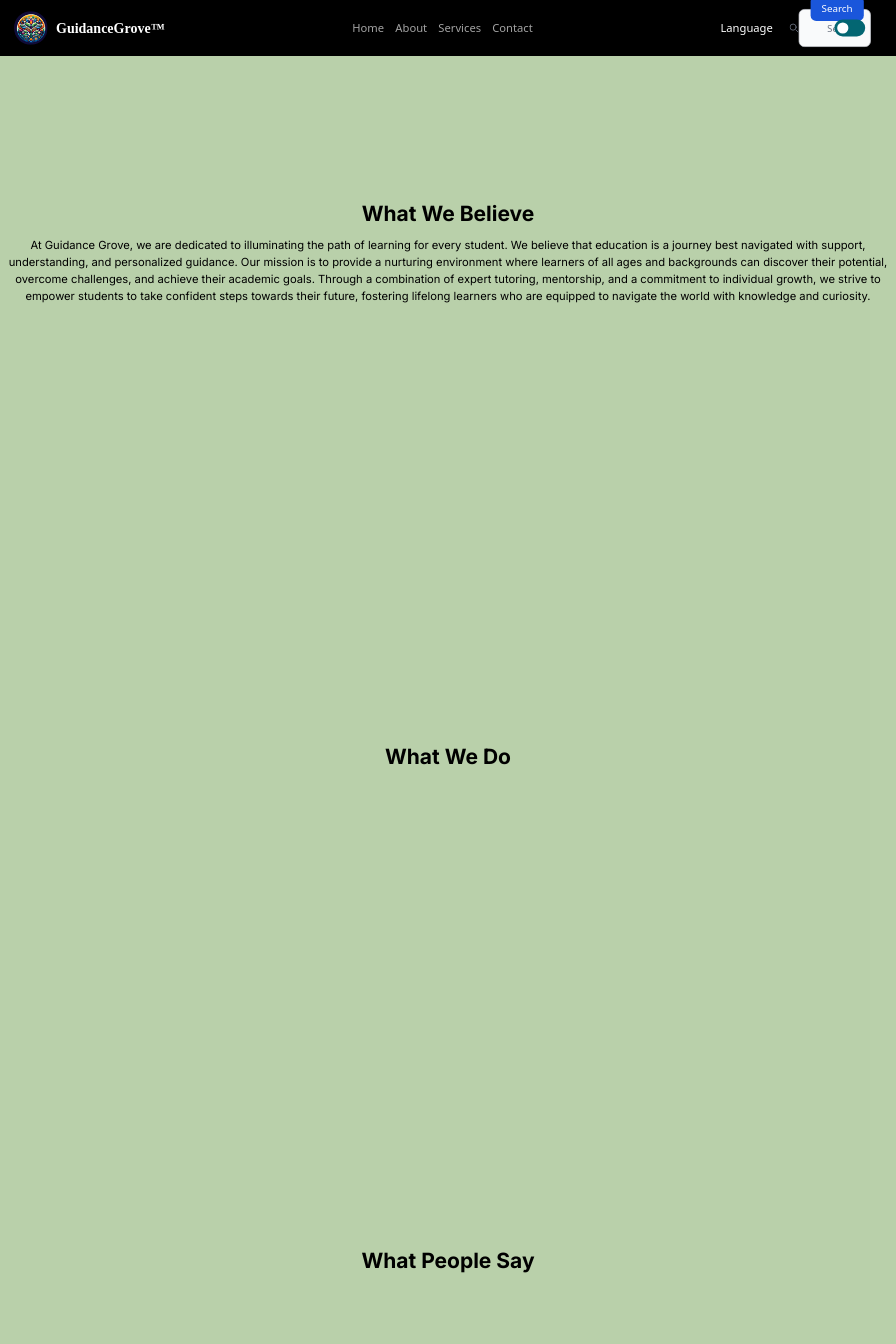
Repository: PositiveGuy/GuidanceGrove
Page: /
The author's editor kept a copy of each file at every save. The page is drawn from the files as they stood at one save, then again after the next save.
The browser window is 1280 px wide. The pictures show the part of the page from y = 0 to 1920 px (the page is 3874 px tall), at 70% of full size.
The project was rebuilt for these pictures with package versions that can differ from the ones it lists, and the page was loaded fresh each time. The framework's server and built-in components were replaced by stand-ins that run in the browser. Also part of the build but not shown: next.config.js.

Above is the page before, as saved 2023-12-28 14:27:14.

After the next save:
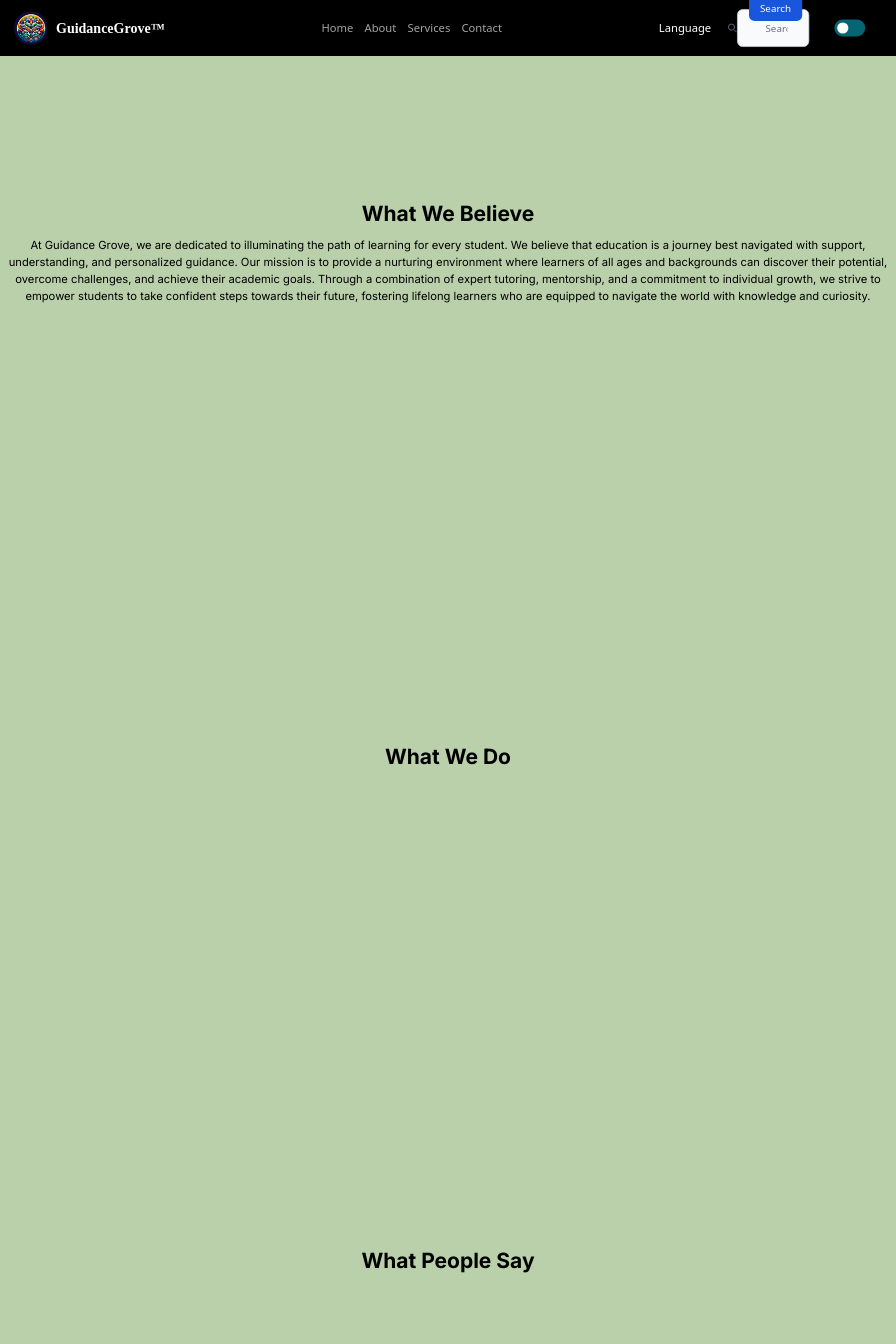
Saved 59 s later.
--- a/src/components/SearchBar.tsx
+++ b/src/components/SearchBar.tsx
@@ -1,27 +1,27 @@
 export default function SearchBar() {
     return (
-        <div className="w-10">
 
-            <form>
-                <label htmlFor="default-search" className="mb-2 text-sm font-medium text-gray-900 sr-only dark:text-white">Search</label>
-                <div className="relative w-32">
-                    <div className="absolute inset-y-0 start-0 flex items-center ps-3 pointer-events-none">
-                        <svg className="w-4 h-4 text-gray-500 dark:text-gray-400" aria-hidden="true" xmlns="http://www.w3.org/2000/svg" fill="none" viewBox="0 0 20 20">
-                            <path stroke="currentColor" stroke-linecap="round" stroke-linejoin="round" stroke-width="2" d="m19 19-4-4m0-7A7 7 0 1 1 1 8a7 7 0 0 1 14 0Z" />
-                        </svg>
-                        <input
-                            type="search"
-                            id="default-search"
-                            className="block w-full p-4 pl-10 text-sm text-gray-900 border border-gray-300 rounded-lg bg-gray-50 focus:ring-blue-500 focus:border-blue-500 dark:bg-gray-700 dark:border-gray-600 dark:placeholder-gray-400 dark:text-white dark:focus:ring-blue-500 dark:focus:border-blue-500"
-                            placeholder="Search Mockups, Logos..."
-                            required
-                        />
-                        <button type="submit" className="text-white absolute end-2.5 bottom-2.5 bg-blue-700 hover:bg-blue-800 focus:ring-4 focus:outline-none focus:ring-blue-300 font-medium rounded-lg text-sm px-4 py-2 dark:bg-blue-600 dark:hover:bg-blue-700 dark:focus:ring-blue-800">Search</button>
-                    </div>
 
+        <form>
+            <label htmlFor="default-search" className="mb-2 text-sm font-medium text-gray-900 sr-only dark:text-white">Search</label>
+            <div className="relative w-32">
+                <div className="absolute inset-y-0 start-0 flex items-center ps-3 pointer-events-none">
+                    <svg className="w-4 h-4 text-gray-500 dark:text-gray-400" aria-hidden="true" xmlns="http://www.w3.org/2000/svg" fill="none" viewBox="0 0 20 20">
+                        <path stroke="currentColor" stroke-linecap="round" stroke-linejoin="round" stroke-width="2" d="m19 19-4-4m0-7A7 7 0 1 1 1 8a7 7 0 0 1 14 0Z" />
+                    </svg>
+                    <input
+                        type="search"
+                        id="default-search"
+                        className="block w-full p-4 pl-10 text-sm text-gray-900 border border-gray-300 rounded-lg bg-gray-50 focus:ring-blue-500 focus:border-blue-500 dark:bg-gray-700 dark:border-gray-600 dark:placeholder-gray-400 dark:text-white dark:focus:ring-blue-500 dark:focus:border-blue-500"
+                        placeholder="Search Mockups, Logos..."
+                        required
+                    />
+                    <button type="submit" className="text-white absolute end-2.5 bottom-2.5 bg-blue-700 hover:bg-blue-800 focus:ring-4 focus:outline-none focus:ring-blue-300 font-medium rounded-lg text-sm px-4 py-2 dark:bg-blue-600 dark:hover:bg-blue-700 dark:focus:ring-blue-800">Search</button>
                 </div>
-            </form>
 
-        </div>
+            </div>
+        </form>
+
+
     )
 }
